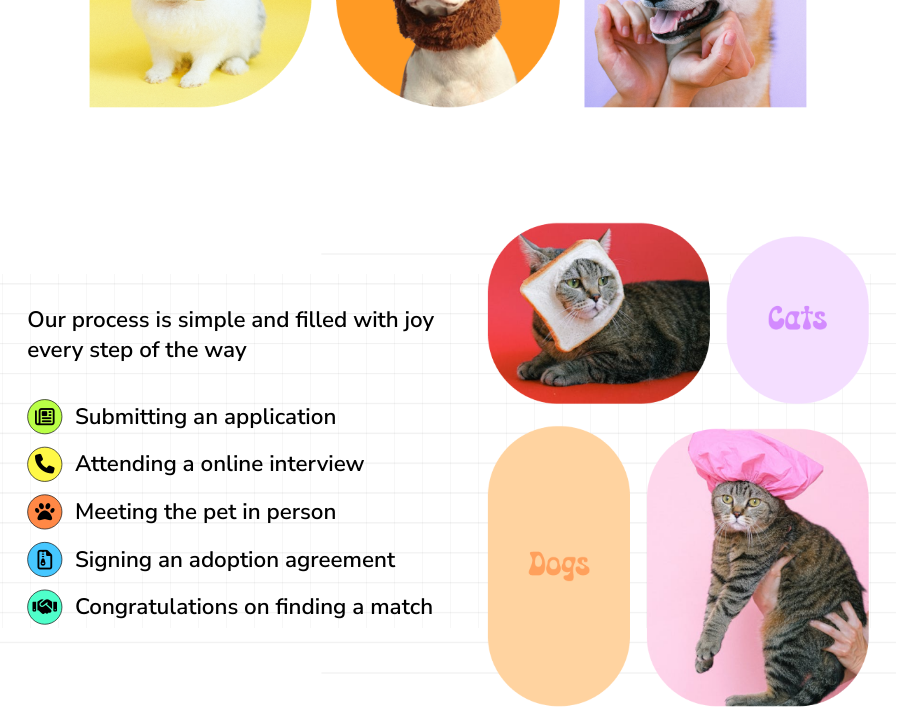
Repository: prashidika/purrfect-pet-adoption
Page: index.html
These files come from the project's save history. The page is drawn as it stood at one moment and after the next save; the edit follows.
The browser window is 1280 px wide. The page is 1280 px wide, then 1313 px, so the pictures cover 1313 px, including what lies to the right of the window. The pictures show the part of the page from y = 825 to 2705 px (the page is 1849 px tall before and 2705 px after), at 70% of full size.
Some web libraries are served in a nearby version.

Above is the page before, as saved 2025-08-25 08:26:51.

### index.html
<!DOCTYPE html>
<html lang="en">

<head>
    <meta charset="UTF-8" />
    <!-- Use for responsiveness -->
    <meta name="viewport" content="width=device-width, initial-scale=1.0" />
    <!-- link To CSS -->
    <link rel="stylesheet" href="style.css" />
    <!-- link To JS -->
    <script src="index.js" defer></script>
    <!-- For Scroll Reveal -->
    <script src="https://unpkg.com/scrollreveal"></script>
    <!-- For Icons -->
    <link rel="stylesheet" href="https://cdnjs.cloudflare.com/ajax/libs/font-awesome/6.5.2/css/all.min.css"
        integrity="sha512-SnH5WK+bZxgPHs44uWIX+LLJAJ9/2PkPKZ5QiAj6Ta86w+fsb2TkcmfRyVX3pBnMFcV7oQPJkl9QevSCWr3W6A=="
        crossorigin="anonymous" referrerpolicy="no-referrer" />
    <!-- Link For Gsap -->
    <script src="https://cdnjs.cloudflare.com/ajax/libs/gsap/3.12.5/gsap.min.js"
        integrity="sha512-7eHRwcbYkK4d9g/6tD/mhkf++eoTHwpNM9woBxtPUBWm67zeAfFC+HrdoE2GanKeocly/VxeLvIqwvCdk7qScg=="
        crossorigin="anonymous" referrerpolicy="no-referrer"></script>
    <!-- Link For Gsap - Scroll Trigger -->
    <script src="https://cdnjs.cloudflare.com/ajax/libs/gsap/3.12.5/ScrollTrigger.min.js"
        integrity="sha512-onMTRKJBKz8M1TnqqDuGBlowlH0ohFzMXYRNebz+yOcc5TQr/zAKsthzhuv0hiyUKEiQEQXEynnXCvNTOk50dg=="
        crossorigin="anonymous" referrerpolicy="no-referrer"></script>
    <!-- Link For Lenis - Smooth Scrolling -->
    <script src="https://unpkg.com/@studio-freight/lenis@1.0.42/dist/lenis.min.js"></script>
    <!-- Link For Split Type -->
    <script src="https://cdn.jsdelivr.net/npm/split-type@0.3.4/umd/index.min.js"></script>

    <title>Purrfect | Pet Adoption</title>
</head>

<body></body>

</html>

<!-- Navbar -->
<nav>
    <a href="index.html" class="brand">
        <h1>Purr<b class="accent">fect</b></h1>
    </a>

    <div class="menu">
        <div class="btn">
            <i class="fas fa-times close-btn" aria-label="Close menu"></i>
        </div>
        <a href="index.html">Home</a>
        <a href="index.html#pets">Pets</a>
        <a href="index.html#requirements">Requirements</a>
        <a href="index.html#about">About</a>
        <a href="index.html#stories">Stories</a>
    </div>

    <button class="btn-2" onclick="window.location.href='contact.html'">
        <p>Contact Us</p>
        <i class="fa-solid fa-circle-arrow-right"></i>
    </button>

    <div class="btn">
        <i class="fas fa-bars menu-btn" aria-label="Open menu"></i>
    </div>
</nav>
<!-- Navbar End ---->

<!-- Hero Page Section -->
<section class="heropage">
    <div class="hero-headlines">
        <h1>Find Your Purrfect Pet Soul Today!</h1>
        <p>
            Discover Your Perfect Companion in Our Selection of Loving Pets
            Available for Adoption.

        </p>
        <div class="hero-headlines-buttons">
            <button class="btn-3">Our Pets</button>
            <button class="btn-3 btn-transparent">Contact Us</button>
        </div>
    </div>
    <div class="hero-images">
        <img src="img/hero-img-1.png" alt="img" />
        <img src="img/hero-img-2.png" alt="img" />
        <img src="img/hero-img-3.png" alt="img" />
    </div>
</section>

<!-- Hero Page Section End -->

<!-- Requirement Section -->

<section class="requirements" id="requirements">
    <div class="requirements-headlines">
        <p>Our process is simple and filled with joy every step of the way</p>

        <div class="r-item-container">
            <!-- r item 1 -->
            <div class="r-item">
                <div class="r-logo" style="background-color: #b9ff46">
                    <i class="fa-regular fa-newspaper"></i>
                </div>
                <h5>Submitting an application</h5>
            </div>
            <!-- r item 2 -->
            <div class="r-item">
                <div class="r-logo" style="background-color: #fff846">
                    <i class="fa-solid fa-phone"></i>
                </div>
                <h5>Attending a online interview</h5>
            </div>

            <!-- r item 3 -->
            <div class="r-item">
                <div class="r-logo" style="background-color: #ff8846">
                    <i class="fa-solid fa-paw"></i>
                </div>
                <h5>Meeting the pet in person</h5>
            </div>

            <!-- r item 4 -->
            <div class="r-item">
                <div class="r-logo" style="background-color: #46c7ff">
                    <i class="fa-regular fa-file-zipper"></i>
                </div>
                <h5>Signing an adoption agreement</h5>
            </div>

            <!-- r item 5 -->
            <div class="r-item">
                <div class="r-logo" style="background-color: #4fffca">
                    <i class="fa-solid fa-handshake"></i>
                </div>
                <h5>Congratulations on finding a match</h5>
            </div>
        </div>
    </div>
    <img src="img/requirements-img.png" alt="img" />
</section>
<!-- Requirement Section End -->

</body>

</html>

### style.css
@import url("https://fonts.googleapis.com/css2?family=Nunito+Sans:ital,opsz,wght@0,6..12,200..1000;1,6..12,200..1000&display=swap");

* {
    margin: 0;
    padding: 0;
    box-sizing: border-box;
    font-family: "Nunito Sans", sans-serif;
}

:root {
    --accent: #ff9a24;
    --black: #131313;
}

body {
    min-height: 100vh;
}

section {
    min-width: 100%;
    min-height: 100vh;
    background-repeat: no-repeat;
    background-position: center;
    background-size: cover;
}

/* Navbar Section */
nav {
    z-index: 999;
    position: fixed;
    top: 0;
    left: 0;
    width: 100%;
    /* Added % */
    display: flex;
    justify-content: space-between;
    align-items: center;
    /* Fixed typo: 'centre' → 'center' */
    color: var(--black);
    background-color: white;
    padding: 30px 50px;
    transition: all 0.4s ease-out;
    filter: drop-shadow(5px 5px 10px transparent);
}

nav.sticky {
    background-color: white;
    filter: drop-shadow(5px 5px 10px #ffbe745e);
}

.brand {
    text-decoration: none;
    transition: all ease-in-out 0.3s;
    color: var(--black);
}

.brand h1 {
    font-size: 32px;
    font-weight: 900;
}

.accent {
    color: var(--accent);
}

.brand:hover {
    /* Fixed typo: 'brand.hover' → 'brand:hover' */
    opacity: 0.8;
}

.menu {
    display: flex;
    justify-content: center;
    /* Fixed typo: 'centre' → 'center' */
    align-items: center;
    gap: 42px;
}

.menu a {
    display: inline-block;
    position: relative;
    color: var(--black);
    text-decoration: none;
    font-size: 24px;
    font-weight: 400;
    border-radius: 32px;
    background-color: white;
    padding: 10px;
    transition: all 0.2s ease-out;
}

.menu a:hover {
    background-color: var(--accent);
    color: white;
}

.btn {
    color: white;
    font-size: 25px;
    cursor: pointer;
    display: none;
}

.btn-2 {
    display: flex;
    align-items: center;
    /* Fixed typo: 'centre' → 'center' */
    gap: 14px;
    font-size: 24px;
    font-weight: 500;
    color: var(--black);
    transition: all ease-in-out 0.2s;
    background-color: transparent;
    border: none;
    cursor: pointer;
}

.btn-2 i {
    font-size: 32px;
    transition: all 0.2s ease-out;
}

/* Fixed typo: '.btn2:hover i' → '.btn-2:hover i' */
.btn-2:hover i {
    color: var(--accent);
}

.btn-2:hover {
    gap: 10px;
}

/* ----------------- Hero Section ----------------- */
.heropage {
    margin-top: 150px;
    display: flex;
    flex-direction: column;
    align-items: center;
    background-image: url("img/hero-background-image.png");
    background-size: cover;
    background-position: center;
    padding: 100px 20px;
}

.hero-headlines {
    display: flex;
    flex-direction: column;
    align-items: center;
    width: 750px;
    text-align: center;
}

.hero-headlines h1 {
    font-size: 64px;
    font-weight: 900;
    margin-bottom: 20px;
    color: var(--black);
}

.hero-headlines p {
    font-size: 24px;
    font-weight: 600;
    margin-bottom: 40px;
    color: var(--black);
}

/* Hero Buttons */
.hero-headlines-buttons {
    display: flex;
    gap: 20px;
    flex-wrap: wrap;
}

.btn-3 {
    width: 205px;
    height: 53px;
    background-color: var(--black);
    font-size: 20px;
    font-weight: 600;
    color: white;
    border-radius: 12px;
    border: 1px solid var(--black);
    cursor: pointer;
    transition: all 0.2s ease-out;
}

.btn-3:hover {
    background-color: var(--accent);
    border-color: var(--accent);
}

/* Transparent Button */
.btn-transparent {
    background-color: transparent;
    color: var(--black);
    border: 1px solid var(--black);
}

.btn-transparent:hover {
    background-color: var(--accent);
    color: white;
    border-color: var(--accent);
}

/* Hero Images */
.hero-images {
    display: flex;
    margin-top: 56px;
    gap: 35px;
}

/* Requirements Section */
.requirements {
    margin-top: 50px;
    align-items: center;
    justify-content: center;
    display: flex;
    background-image: url("img/requirements-background-img.png");
}

.requirements-headlines {
    width: 658px;
}

.requirements-headlines h1 {
    font-size: 96px;
    font-weight: 900;
}

.requirements-headlines p {
    font-size: 32px;
    font-weight: 600;
    margin-bottom: 49px;
}

.r-item-container {
    display: flex;
    flex-direction: column;
    gap: 18px;
}

.r-item {
    display: flex;
    align-items: center;
    gap: 18px;
}

.r-logo {
    width: 50px;
    height: 50px;
    border: 1px solid var(--black);
    border-radius: 100%;
    display: flex;
    align-items: center;
    justify-content: center;
}

.r-logo i {
    font-size: 28px;
}

.r-item h5 {
    font-size: 32px;
    font-weight: 600;
}

### index.js
// NAVBAR
const navbar = document.querySelector("nav");

// Scroll effect
window.addEventListener("scroll", () =>
    navbar.classList.toggle("sticky", window.scrollY > 0)
);

// Menu toggle
const menu = document.querySelector(".menu");
const toggleMenu = () => menu.classList.toggle("active");

// Event listeners for open/close menu
document.querySelector(".menu-btn").addEventListener("click", toggleMenu);
document.querySelector(".close-btn").addEventListener("click", toggleMenu);

// Close menu when clicking a link
document
    .querySelectorAll(".menu a")
    .forEach((link) => link.addEventListener("click", toggleMenu));

After the next save:
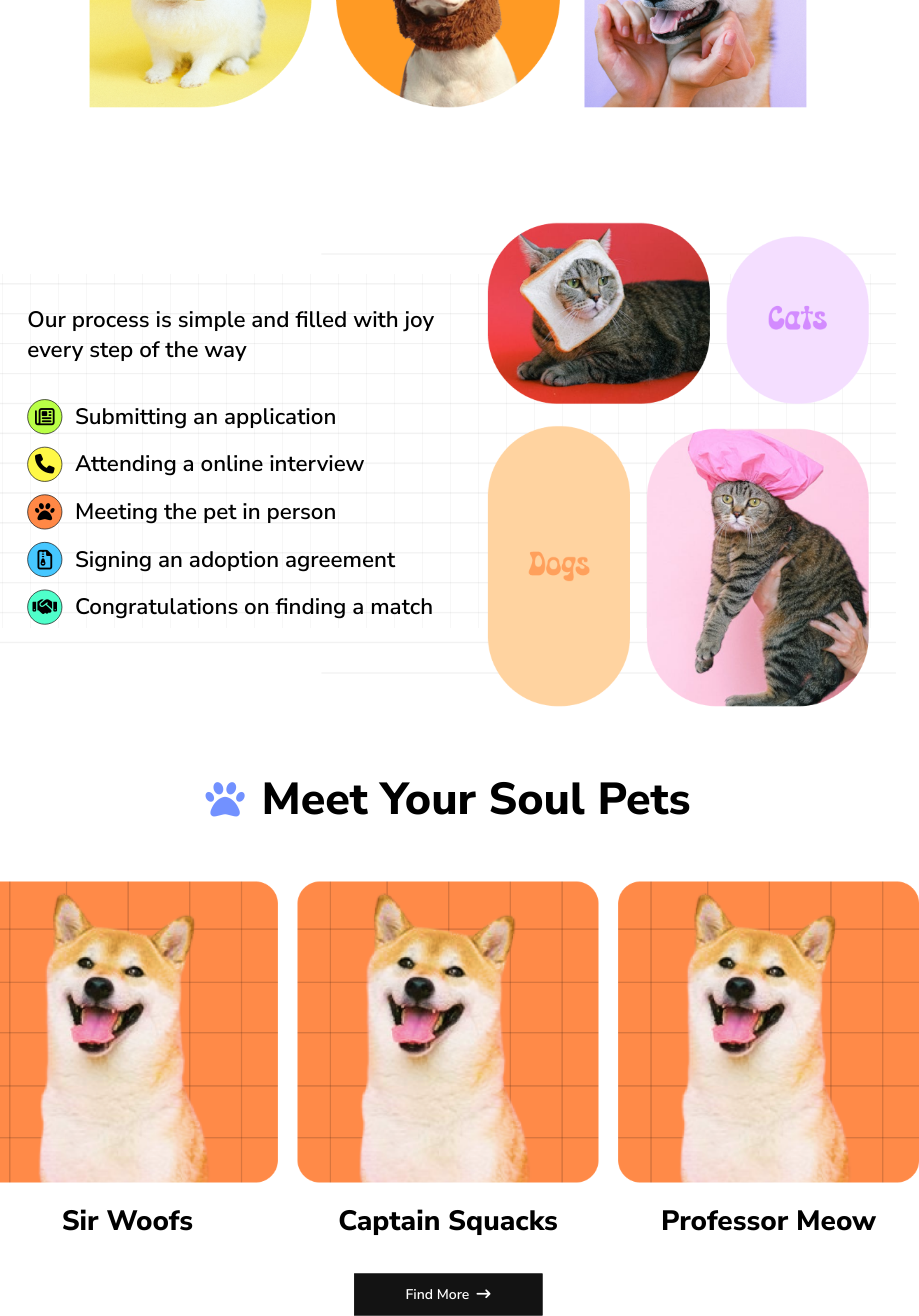
Saved 6 h 25 min later.
--- a/index.html
+++ b/index.html
@@ -137,6 +137,46 @@
 </section>
 <!-- Requirement Section End -->
 
+
+<!-- Pets Section -->
+<!-- Pets Section -->
+<section class="pets" id="pets">
+    <div class="pets-headlines">
+        <i class="fa-solid fa-paw"></i>
+        <h1>Meet Your Soul Pets</h1>
+    </div>
+
+    <div class="pets-collection">
+        <div class="pet-item">
+            <img src="img/pet-item-1.png" alt="Sir Woofs" />
+            <h3>Sir Woofs</h3>
+        </div>
+        <div class="pet-item">
+            <img src="img/pet-item-1.png" alt="Sir Woofs" />
+            <h3>Captain Squacks</h3>
+        </div>
+        <div class="pet-item">
+            <img src="img/pet-item-1.png" alt="Sir Woofs" />
+            <h3>Professor Meow</h3>
+        </div>
+    </div>
+    </div>
+
+    <button class="btn-3 btn-pets">
+        <p>Find More</p>
+        <i class="fa-solid fa-arrow-right-long"></i>
+    </button>
+</section>
+</section>
+
+
+
+
+
+
+
+<!-- Pets Section End -->
+
 </body>
 
 </html>
--- a/style.css
+++ b/style.css
@@ -262,3 +262,59 @@ nav.sticky {
     font-size: 32px;
     font-weight: 600;
 }
+
+/* Pets Section */
+.pets {
+    display: flex;
+    flex-direction: column;
+    align-items: center;
+    margin-top: 74px;
+}
+
+.pets-headlines {
+    display: flex;
+    justify-content: center;
+    align-items: center;
+    gap: 24px;
+}
+
+.pets-headlines i {
+    font-size: 56px;
+    color: #7291ff;
+}
+
+.pets-headlines h1 {
+    font-size: 64px;
+    font-weight: 800;
+}
+
+.pets-collection {
+    display: flex;
+    gap: 28px;
+    margin-top: 74px;
+}
+
+.pet-item {
+    display: flex;
+    flex-direction: column;
+    align-items: center;
+    gap: 28px;
+    transition: 0.5s ease-out;
+}
+
+.pet-item h3 {
+    font-size: 40px;
+    font-weight: 800;
+}
+
+.btn-pets {
+    width: 269px;
+    height: 60px;
+    /* added px */
+    display: flex;
+    align-items: center;
+    justify-content: center;
+    gap: 10px;
+    border-radius: 0px;
+    margin-top: 48px;
+}
